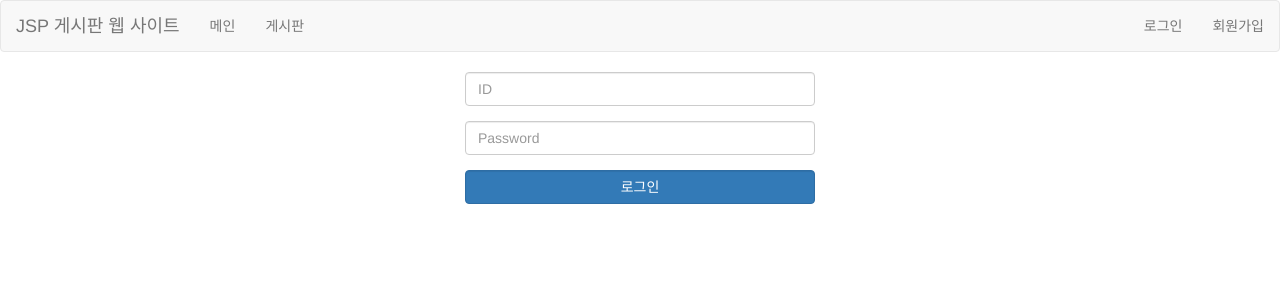
Repository: jjb5442/JSP
Page: http://localhost/07_JSP_FinalProject/login.jsp
These files come from the project's save history. The page is drawn as it stood at one moment and after the next save; the edit follows.
The browser window is 1280 px wide. The pictures show the whole page.
Some web libraries are served in a nearby version. The page is served by Tomcat 9.

Above is the page before, as saved 2022-05-29 00:09:25.

After the next save:
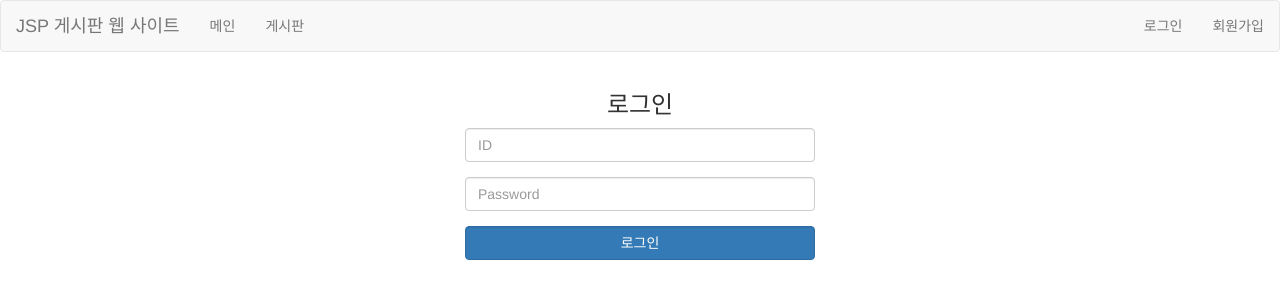
Saved 2 min 15 s later.
--- a/8Day/workspace/07_JSP_FinalProject/src/main/webapp/login.jsp
+++ b/8Day/workspace/07_JSP_FinalProject/src/main/webapp/login.jsp
@@ -11,6 +11,7 @@
 	<div class="container">
 		<div class="col-lg-4"></div>
 		<div class="col-lg-4">
+			<h3 style="text-align:center;">로그인</h3>
 			<form action="login_action.jsp" method="post">
 				<div class="form-group">
 					<input type="text" class="form-control" placeholder="ID"
